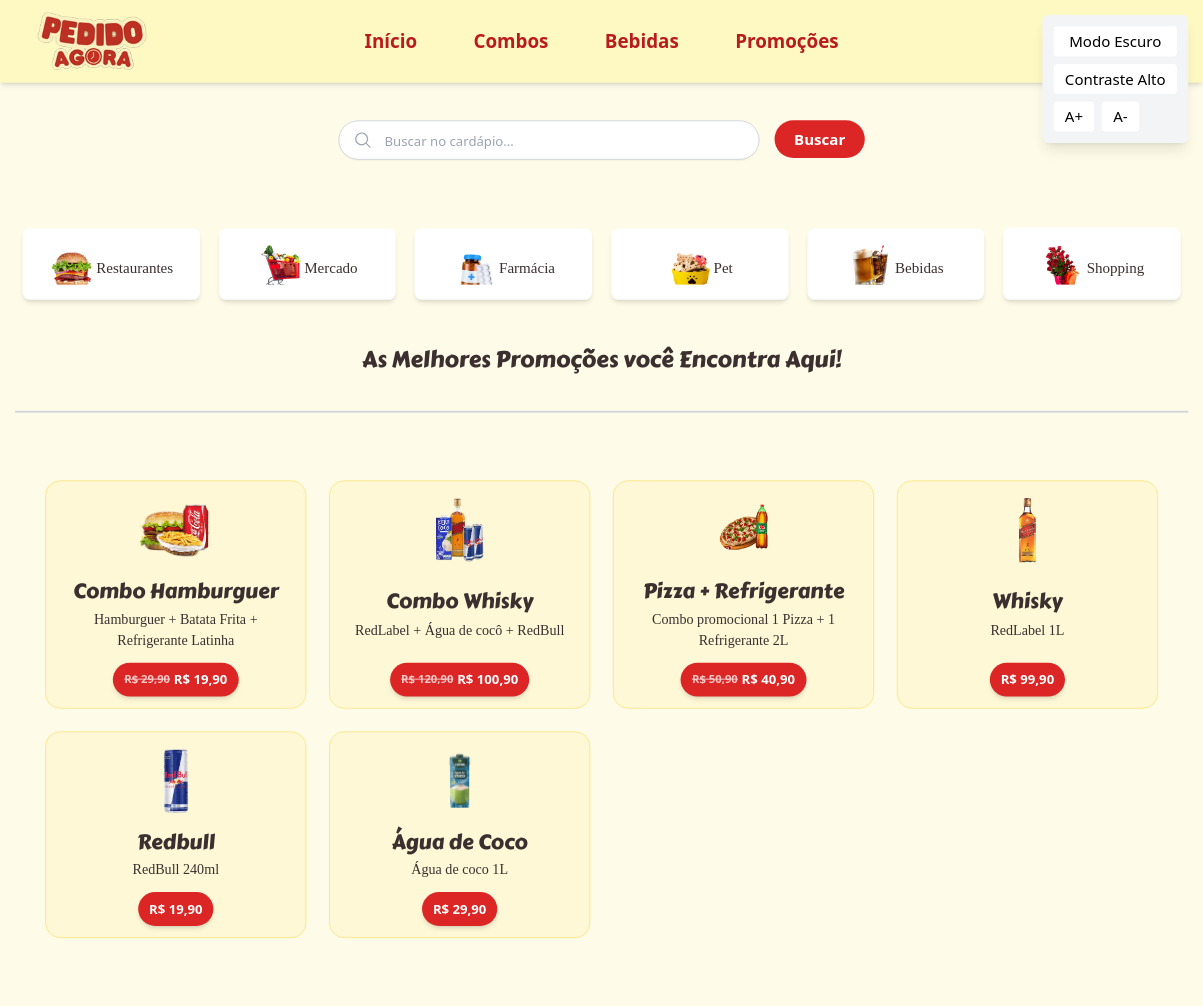
Repository: edufilhocruz/pedidoagora
Page: /pagePromocoes
An editor plug-in stored every save of this project. The page is shown before and after a run of saves, followed by the edit.
The browser window is 1280 px wide. The pictures show the whole page, at 94% of full size.
Some web fonts or font styles are not loaded; a fallback is used. The project was rebuilt for these pictures with package versions that can differ from the ones it lists, and the page was loaded fresh each time. The framework's server and built-in components were replaced by stand-ins that run in the browser. Also part of the build but not shown: next.config.mjs, src/components/CardsRestaurantes.jsx.

Above is the page before, as saved 2025-06-21 20:56:15.

After the next 2 saves:
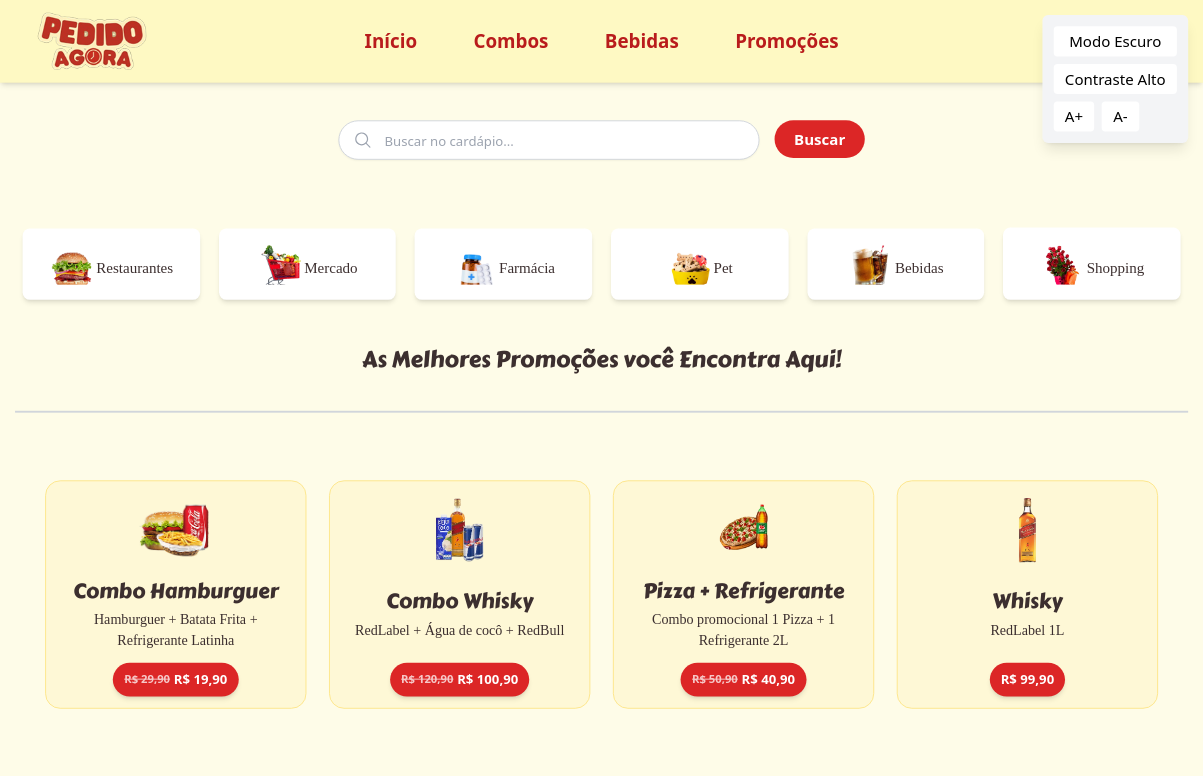
The 2 saves are shown as one change because they came seconds apart.
The last was saved 14 s later.
--- a/src/components/PagePromocoes/CardsPromocoes.jsx
+++ b/src/components/PagePromocoes/CardsPromocoes.jsx
@@ -35,20 +35,6 @@
         description: 'RedLabel 1L ',
         price: 'R$ 99,90',
         image: '/images/Whisky.png',
-    },
-    {
-        id: 'RedBull',
-        name: 'Redbull',
-        description: 'RedBull 240ml ',
-        price: 'R$ 19,90',
-        image: '/images/Redbull.png',
-    },
-    {
-        id: 'Agua de Coco',
-        name: 'Água de Coco',
-        description: 'Água de coco 1L ',
-        price: 'R$ 29,90',
-        image: '/images/aguadecoco.png',
     },
     ];
 
